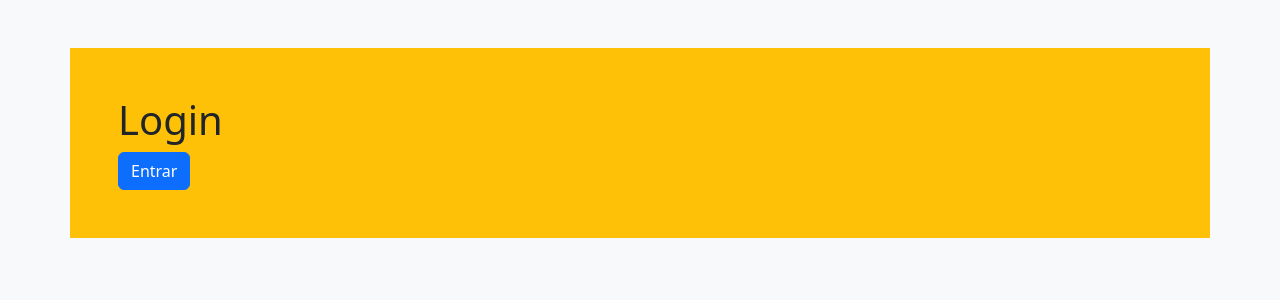
Repository: gabrielwodtke282/PetShop-fofinhos
Page: front-end/index.html
An editor plug-in stored every save of this project. The page is shown before and after a run of saves, followed by the edit.
The browser window is 1280 px wide. The pictures show the whole page.

Above is the page before, as saved 2026-03-23 09:30:21.

### front-end/index.html
<!DOCTYPE html>
<html lang="pt-BR">
<head>
    <meta charset="UTF-8">
    <meta name="viewport" content="width=device-width, initial-scale=1.0">
    <title>Fofinhos Petshop</title>

    <link href="https://cdn.jsdelivr.net/npm/bootstrap@5.3.8/dist/css/bootstrap.min.css" rel="stylesheet">
</head>
<body class="bg-light ">

    <div class="container  bg-warning p-5 mt-5">
        <h1>Login</h1>
        <button class="btn btn-primary">Entrar</button>
    </div>

</body>
</html>

After the next 3 saves:
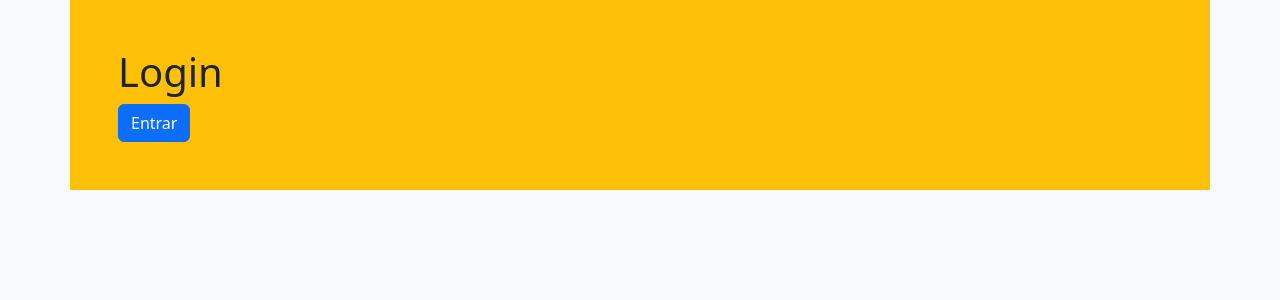
The 3 saves are shown as one change because they came seconds apart.
The last was saved 18 s later.
--- a/front-end/index.html
+++ b/front-end/index.html
@@ -9,7 +9,7 @@
 </head>
 <body class="bg-light ">
 
-    <div class="container  bg-warning p-5 mt-5">
+    <div class="container  bg-warning p-5 mt-112">
         <h1>Login</h1>
         <button class="btn btn-primary">Entrar</button>
     </div>

After the 4 saves that followed:
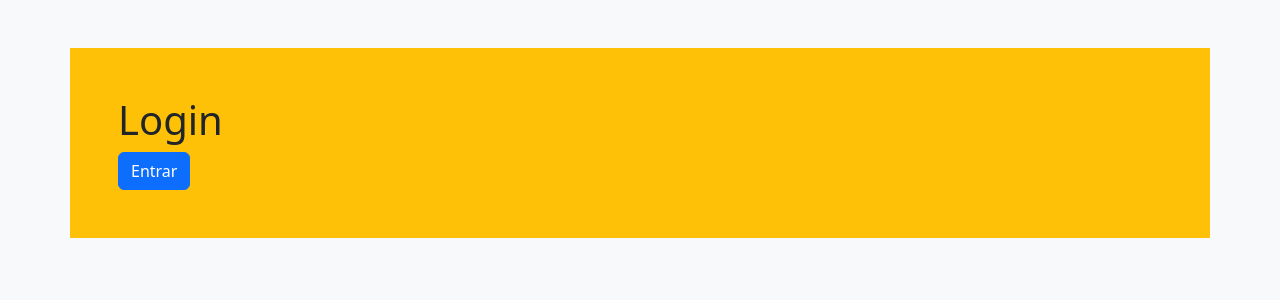
The 4 saves are shown as one change because they came seconds apart.
The last was saved 30 s later.
--- a/front-end/index.html
+++ b/front-end/index.html
@@ -7,9 +7,9 @@
 
     <link href="https://cdn.jsdelivr.net/npm/bootstrap@5.3.8/dist/css/bootstrap.min.css" rel="stylesheet">
 </head>
-<body class="bg-light ">
+<body class="bg-light mxt-auto">
 
-    <div class="container  bg-warning p-5 mt-112">
+    <div class="container  bg-warning p-5 mt-5">
         <h1>Login</h1>
         <button class="btn btn-primary">Entrar</button>
     </div>
